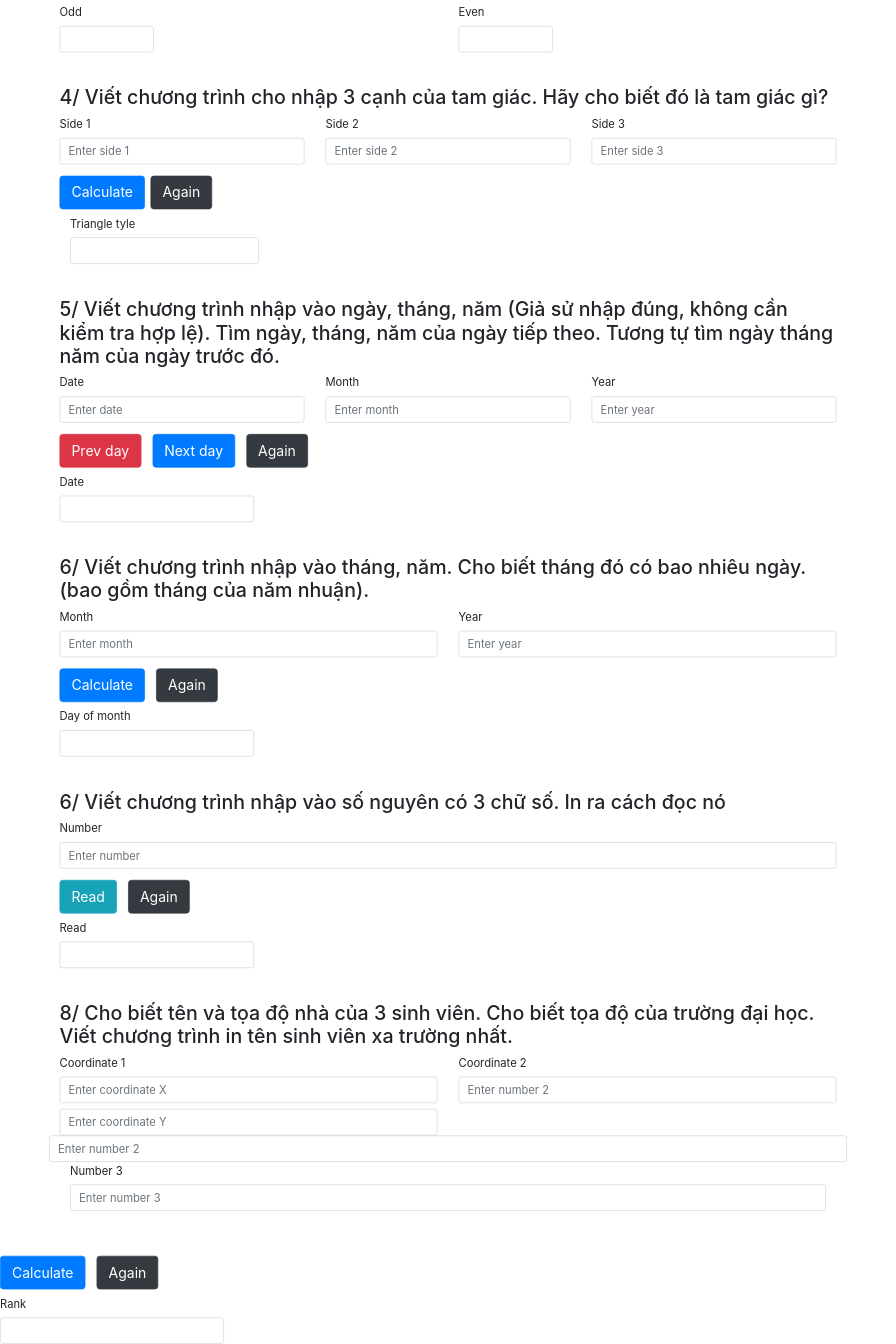
Repository: baobaodeveloper/bootscamp21__jsbasic__HuynhAnhBao
Page: index.html
An editor plug-in stored every save of this project. The page is shown before and after the next save, followed by the edit.
The browser window is 1280 px wide. The pictures show the part of the page from y = 840 to 2760 px (the page is 2760 px tall before and 2652 px after), at 70% of full size.

Above is the page before, as saved 2022-03-11 18:10:14.

### index.html
<!DOCTYPE html>
<html lang="en">
  <head>
    <title>javaScript basic</title>
    <!-- Required meta tags -->
    <meta charset="utf-8" />
    <meta
      name="viewport"
      content="width=device-width, initial-scale=1, shrink-to-fit=no"
    />

    <!-- Bootstrap CSS -->
    <link
      rel="stylesheet"
      href="https://stackpath.bootstrapcdn.com/bootstrap/4.3.1/css/bootstrap.min.css"
      integrity="sha384-ggOyR0iXCbMQv3Xipma34MD+dH/1fQ784/j6cY/iJTQUOhcWr7x9JvoRxT2MZw1T"
      crossorigin="anonymous"
    />
  </head>
  <body>
    <!--1 Cho người dùng nhập vào 3 số nguyên. Viết chương trình xuất 3 số theo thứ tự tăng dần -->
    <div class="container mb-xl-5">
      <h3>
        1/ Cho người dùng nhập vào 3 số nguyên. Viết chương trình xuất 3 số theo
        thứ tự tăng dần
      </h3>

      <div class="row">
        <div class="col">
          <label class="form-label">Number 1</label>
          <input
            type="number"
            class="form-control num1"
            placeholder="Enter number 1"
          />
        </div>
        <div class="col">
          <label class="form-label">Number 2</label>
          <input
            type="number"
            class="form-control num2"
            placeholder="Enter number 2"
          />
        </div>
        <div class="col">
          <label class="form-label">Number 3</label>
          <input
            type="number"
            class="form-control num3"
            placeholder="Enter number 3"
          />
        </div>
      </div>

      <div class="d-flex">
        <button
          type="button "
          class="btn btn-primary btn-lg mt-3 mb-2 btn-rank mr-3"
        >
          Calculate
        </button>

        <button
          type="button "
          class="btn btn-dark btn-lg mt-3 mb-2 btn-again-rank"
        >
          Again
        </button>
      </div>

      <div class="mt-3 m-auto">
        <label class="form-label">Rank</label>
        <input type="text" class="form-control w-25 result1" />
      </div>
    </div>

    <!--2 Viết chương trình “Chào hỏi” các thành viên trong gia đình với các đặc điểm. Đầu tiên máy
    sẽ hỏi ai sử dụng máy. Sau đó dựa vào câu trả lời và đưa ra lời chào phù hợp. Giả sử trong
    gia đình có 4 thành viên: Bố (B), Mẹ (M), anh Trai (A) và Em gái (E) -->
    <div class="container mb-5">
      <h3 class="mb-3">
        2/ Viết chương trình “Chào hỏi” các thành viên trong gia đình với các
        đặc điểm. Đầu tiên máy sẽ hỏi ai sử dụng máy. Sau đó dựa vào câu trả lời
        và đưa ra lời chào phù hợp. Giả sử trong gia đình có 4 thành viên: Bố
        (B), Mẹ (M), anh Trai (A) và Em gái (E)
      </h3>

      <select class="form-select p-2" aria-label="Default select example">
        <option selected>Who are you?</option>
        <option value="M">M</option>
        <option value="B">B</option>
        <option value="A">A</option>
        <option value="E">E</option>
      </select>

      <button type="button" class="btn btn-primary btn-sign-in">Sign In</button>

      <div class="m-3 row">
        <div class="col-sm-10">
          <input
            type="text"
            class="form-control output-sign-in"
            id="inputPassword"
          />
        </div>
      </div>
    </div>

    <!--  3 Cho 3 số nguyên. Viết chương trình xuất ra có bao nhiêu số lẻ và bao nhiêu số chẵn.-->
    <div class="container mb-xl-5">
      <h3>
        3/ Cho 3 số nguyên. Viết chương trình xuất ra có bao nhiêu số lẻ và bao
        nhiêu số chẵn.
      </h3>

      <div class="row">
        <div class="col">
          <label class="form-label">Integer 1</label>
          <input
            type="number"
            class="form-control integer1"
            placeholder="Enter integer 1"
          />
        </div>
        <div class="col">
          <label class="form-label">Integer 2</label>
          <input
            type="number"
            class="form-control integer2"
            placeholder="Enter integer 2"
          />
        </div>
        <div class="col">
          <label class="form-label">Integer 3</label>
          <input
            type="number"
            class="form-control integer3"
            placeholder="Enter integer 3"
          />
        </div>
      </div>

      <div class="d-flex">
        <button
          type="button"
          class="btn btn-primary btn-lg mt-3 mb-2 btn-integer mr-2"
        >
          Calculate
        </button>

        <button
          type="button "
          class="btn btn-light btn-lg mt-3 mb-2 btn-dark btn-again-integer"
        >
          Again
        </button>
      </div>

      <div class="row">
        <div class="mt-3 m-auto col">
          <label class="form-label">Odd</label>
          <input type="text" class="form-control w-25 outputOdd" />
        </div>
        <div class="mt-3 m-auto col">
          <label class="form-label">Even</label>
          <input type="text" class="form-control w-25 outputEven" />
        </div>
      </div>
    </div>

    <!--4 Viết chương trình cho nhập 3 cạnh của tam giác. Hãy cho biết đó là tam giác gì?-->

    <div class="container mb-xl-5">
      <h3>
        4/ Viết chương trình cho nhập 3 cạnh của tam giác. Hãy cho biết đó là
        tam giác gì?
      </h3>

      <div class="row">
        <div class="col">
          <label class="form-label">Side 1</label>
          <input
            type="number"
            class="form-control side1"
            placeholder="Enter side 1"
          />
        </div>
        <div class="col">
          <label class="form-label">Side 2</label>
          <input
            type="number"
            class="form-control side2"
            placeholder="Enter side 2"
          />
        </div>
        <div class="col">
          <label class="form-label">Side 3</label>
          <input
            type="number"
            class="form-control side3"
            placeholder="Enter side 3"
          />
        </div>
      </div>

      <div class="d-flex">
        <button
          type="button"
          class="btn btn-primary btn-lg mt-3 mb-2 mr-2 btn-triangle"
        >
          Calculate
        </button>

        <button
          type="button "
          class="btn btn-light btn-lg mt-3 mb-2 btn-dark btn-again-triangle"
        >
          Again
        </button>
      </div>

      <div class="mt-3 m-auto col">
        <label class="form-label">Triangle tyle</label>
        <input type="text" class="form-control w-25 triangle-type" />
      </div>
    </div>

    <!--5 Viết chương trình nhập vào ngày, tháng, năm (Giả sử nhập đúng, không cần kiểm tra hợp
  lệ). Tìm ngày, tháng, năm của ngày tiếp theo. Tương tự tìm ngày tháng năm của ngày trước
  đó.  -->

    <div class="container mb-xl-5">
      <h3>
        5/ Viết chương trình nhập vào ngày, tháng, năm (Giả sử nhập đúng, không
        cần kiểm tra hợp lệ). Tìm ngày, tháng, năm của ngày tiếp theo. Tương tự
        tìm ngày tháng năm của ngày trước đó.
      </h3>

      <div class="row">
        <div class="col">
          <label class="form-label">Date</label>
          <input
            type="number"
            class="form-control date"
            placeholder="Enter date"
          />
        </div>
        <div class="col">
          <label class="form-label">Month</label>
          <input
            type="number"
            class="form-control month"
            placeholder="Enter month"
          />
        </div>
        <div class="col">
          <label class="form-label">Year</label>
          <input
            type="number"
            class="form-control year"
            placeholder="Enter year"
          />
        </div>
      </div>

      <div class="d-flex">
        <button
          type="button "
          class="btn btn-danger btn-lg mt-3 mb-2 btn-prev mr-3"
        >
          Prev day
        </button>
        <button
          type="button "
          class="btn btn-primary btn-lg mt-3 mb-2 btn-next mr-3"
        >
          Next day
        </button>

        <button
          type="button "
          class="btn btn-dark btn-lg mt-3 mb-2 btn-again-date"
        >
          Again
        </button>
      </div>

      <div class="mt-3 m-auto">
        <label class="form-label">Date</label>
        <input type="text" class="form-control w-25 date-text" />
      </div>
    </div>

    <!-- 6 Viết chương trình nhập vào tháng, năm. Cho biết tháng đó có bao nhiêu ngày. (bao gồm
    tháng của năm nhuận).-->
    <div class="container mb-xl-5">
      <h3>
        6/ Viết chương trình nhập vào tháng, năm. Cho biết tháng đó có bao nhiêu
        ngày. (bao gồm tháng của năm nhuận).
      </h3>

      <div class="row">
        <div class="col">
          <label class="form-label">Month</label>
          <input
            type="number"
            class="form-control month1"
            placeholder="Enter month"
          />
        </div>
        <div class="col">
          <label class="form-label">Year</label>
          <input
            type="number"
            class="form-control year1"
            placeholder="Enter year"
          />
        </div>
      </div>

      <div class="d-flex">
        <button
          type="button "
          class="btn btn-primary btn-lg mt-3 mb-2 btn-month mr-3"
        >
          Calculate
        </button>

        <button
          type="button "
          class="btn btn-dark btn-lg mt-3 mb-2 btn-again-month"
        >
          Again
        </button>
      </div>

      <div class="mt-3 m-auto">
        <label class="form-label">Day of month</label>
        <input type="text" class="form-control w-25 resultMonth" />
      </div>
    </div>

    <!--7 Viết chương trình nhập vào số nguyên có 3 chữ số. In ra cách đọc nó.-->
    <div class="container mb-xl-5">
      <h3>
        6/ Viết chương trình nhập vào số nguyên có 3 chữ số. In ra cách đọc nó
      </h3>

      <div class="form">
        <label class="form-label">Number</label>
        <input
          type="number"
          class="form-control number-read"
          placeholder="Enter number"
        />
      </div>

      <div class="d-flex">
        <button
          type="button "
          class="btn btn-info btn-lg mt-3 mb-2 btnRead mr-3"
        >
          Read
        </button>

        <button
          type="button "
          class="btn btn-dark btn-lg mt-3 mb-2 btn-again-read"
        >
          Again
        </button>
      </div>

      <div class="mt-3 m-auto">
        <label class="form-label">Read</label>
        <input type="text" class="form-control w-25 resultRead" />
      </div>
    </div>

    <!--8 Cho biết tên và tọa độ nhà của 3 sinh viên. Cho biết tọa độ của trường đại học. Viết chương
    trình in tên sinh viên xa trường nhất. -->
    <div class="container mb-xl-5">
      <h3>
        8/ Cho biết tên và tọa độ nhà của 3 sinh viên. Cho biết tọa độ của
        trường đại học. Viết chương trình in tên sinh viên xa trường nhất.
      </h3>

      <div class="row">
        <div class="col">
          <div>
            <label class="form-label">Coordinate 1</label>
            <input
              type="number"
              class="form-control mb-2 coordinateX1"
              placeholder="Enter coordinate X"
            />
            <input
              type="number"
              class="form-control coordinateY1"
              placeholder="Enter coordinate Y"
            />
          </div>
        </div>
        <div class="col">
          <label class="form-label">Coordinate 2</label>
          <input
            type="number"
            class="form-control num2"
            placeholder="Enter number 2"
          />
        </div>
          <input
            type="number"
            class="form-control num2"
            placeholder="Enter number 2"
          />
        </div>
        <div class="col">
          <label class="form-label">Number 3</label>
          <input
            type="number"
            class="form-control num3"
            placeholder="Enter number 3"
          />
        </div>
      </div>

      <div class="d-flex">
        <button
          type="button "
          class="btn btn-primary btn-lg mt-3 mb-2 btn-rank mr-3"
        >
          Calculate
        </button>

        <button
          type="button "
          class="btn btn-dark btn-lg mt-3 mb-2 btn-again-rank"
        >
          Again
        </button>
      </div>

      <div class="mt-3 m-auto">
        <label class="form-label">Rank</label>
        <input type="text" class="form-control w-25 result1" />
      </div>
    </div>

    <!-- Optional JavaScript -->
    <!-- jQuery first, then Popper.js, then Bootstrap JS -->
    <script
      src="https://code.jquery.com/jquery-3.3.1.slim.min.js"
      integrity="sha384-q8i/X+965DzO0rT7abK41JStQIAqVgRVzpbzo5smXKp4YfRvH+8abtTE1Pi6jizo"
      crossorigin="anonymous"
    ></script>
    <script
      src="https://cdnjs.cloudflare.com/ajax/libs/popper.js/1.14.7/umd/popper.min.js"
      integrity="sha384-UO2eT0CpHqdSJQ6hJty5KVphtPhzWj9WO1clHTMGa3JDZwrnQq4sF86dIHNDz0W1"
      crossorigin="anonymous"
    ></script>
    <script
      src="https://stackpath.bootstrapcdn.com/bootstrap/4.3.1/js/bootstrap.min.js"
      integrity="sha384-JjSmVgyd0p3pXB1rRibZUAYoIIy6OrQ6VrjIEaFf/nJGzIxFDsf4x0xIM+B07jRM"
      crossorigin="anonymous"
    ></script>

    <!-- <script src="exercise1.js"></script> -->
    <!-- <script src="exercise2.js"></script> -->
    <!-- <script src="exercise3.js"></script> -->
    <!-- <script src="exercise4.js"></script> -->
    <!-- <script src="exercise5.js"></script> -->
    <!-- <script src="exercise6.js"></script> -->
    <!-- <script src="exercise7.js"></script> -->
    <script src="exercise8.js"></script>
  </body>
</html>

Loaded but not shown: exercise8.js (no stored copy; drawn as an empty file)

After the next save:
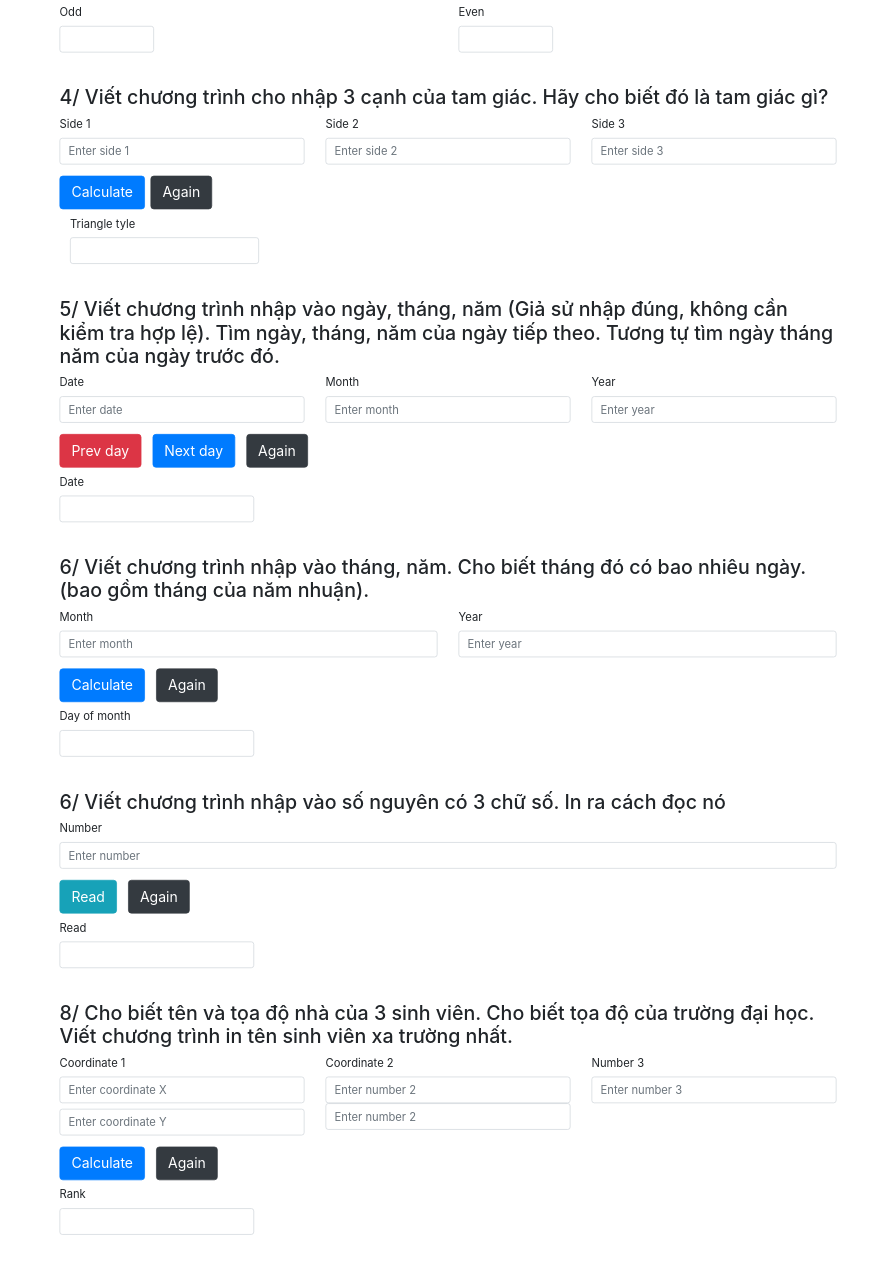
Saved 43 s later.
--- a/index.html
+++ b/index.html
@@ -402,18 +402,19 @@
           </div>
         </div>
         <div class="col">
-          <label class="form-label">Coordinate 2</label>
-          <input
-            type="number"
-            class="form-control num2"
-            placeholder="Enter number 2"
-          />
-        </div>
-          <input
-            type="number"
-            class="form-control num2"
-            placeholder="Enter number 2"
-          />
+          <div>
+            <label class="form-label">Coordinate 2</label>
+            <input
+              type="number"
+              class="form-control num2"
+              placeholder="Enter number 2"
+            />
+            <input
+              type="number"
+              class="form-control num2"
+              placeholder="Enter number 2"
+            />
+          </div>
         </div>
         <div class="col">
           <label class="form-label">Number 3</label>
